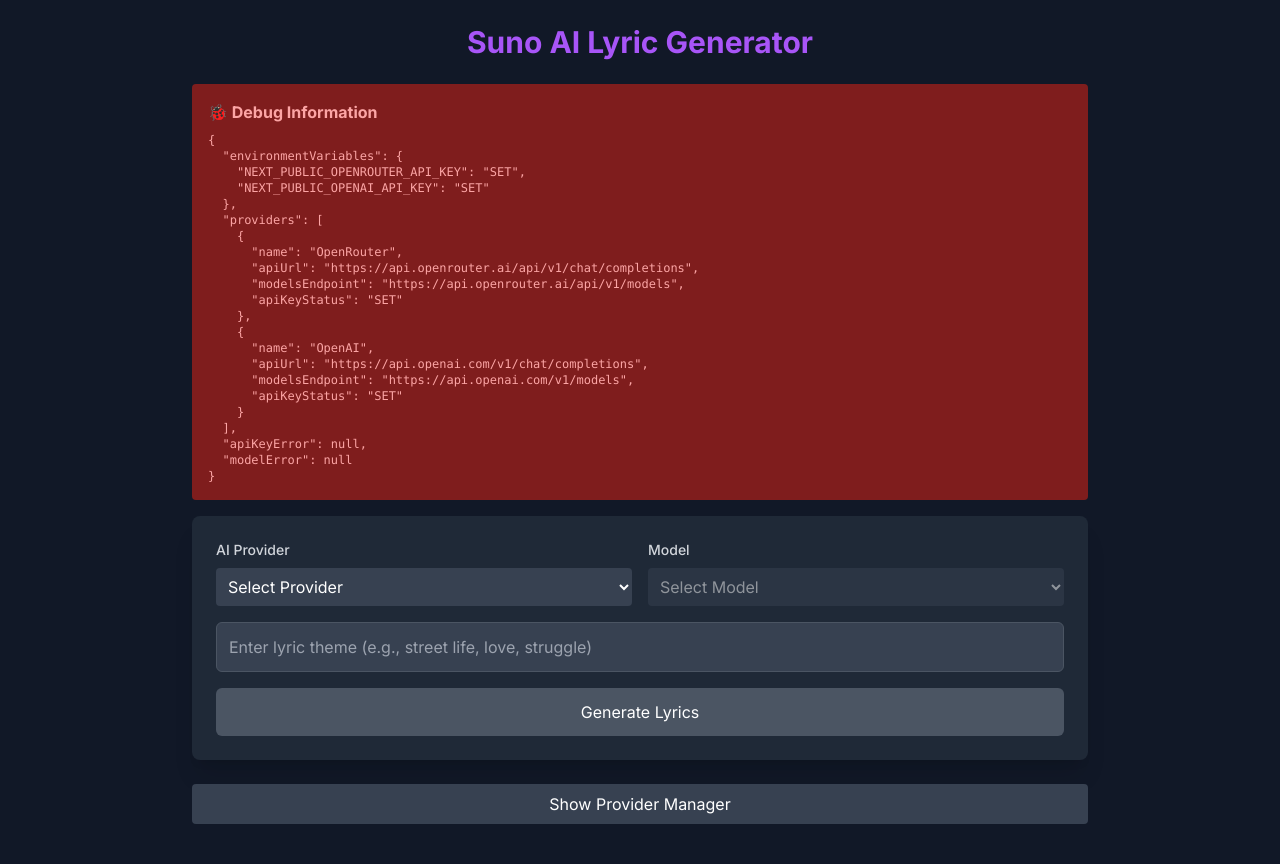
Repository: rustyorb/suno-ai-lyric-generator
Page: /
These files come from the project's save history. The page is drawn as it stood at one moment and after the next save; the edit follows.
The browser window is 1280 px wide. The pictures show the whole page.
The project was rebuilt for these pictures with package versions that can differ from the ones it lists, and the page was loaded fresh each time. The framework's server and built-in components were replaced by stand-ins that run in the browser. Also part of the build but not shown: next.config.js, src/app/components/ProviderManager.tsx.

Above is the page before, as saved 2025-01-15 07:40:47.

After the next save:
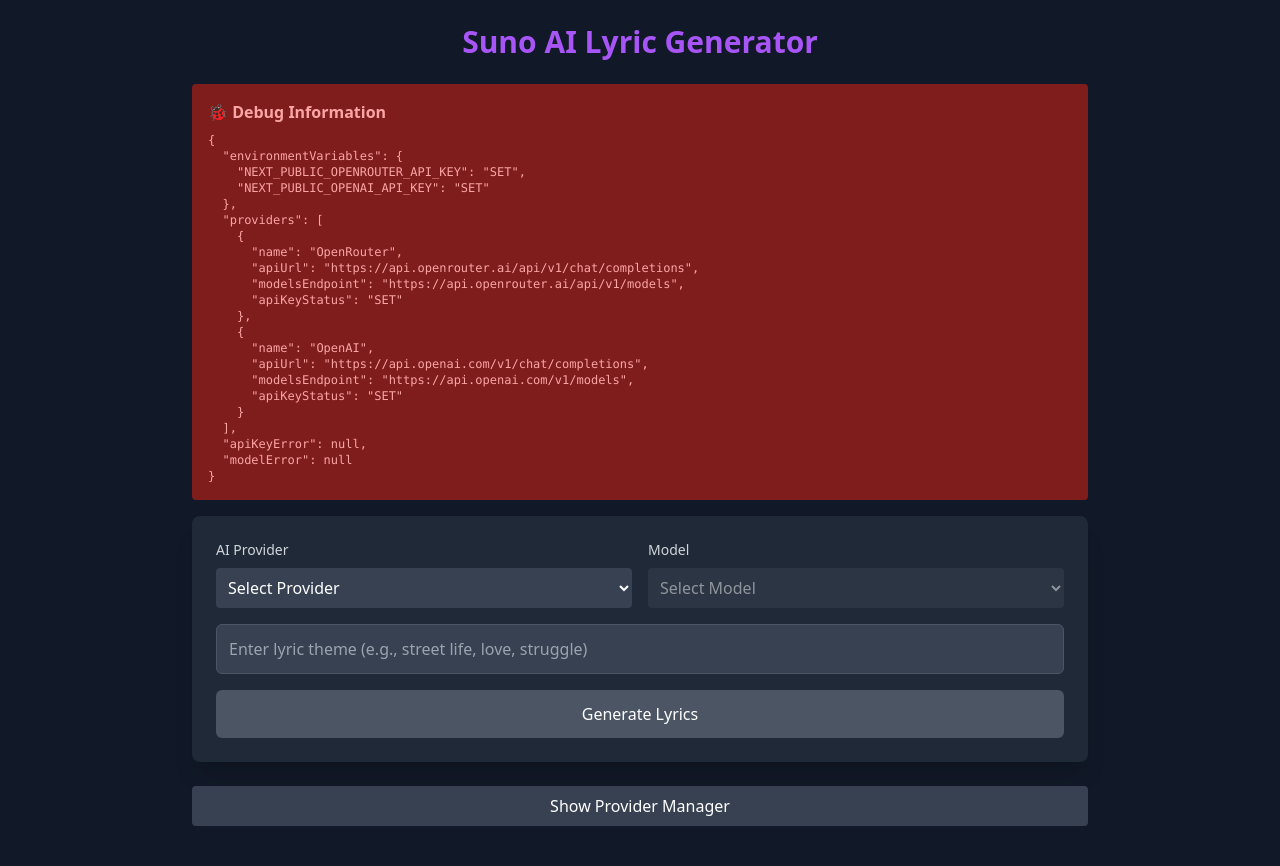
Saved 11 s later.
--- a/src/app/layout.tsx
+++ b/src/app/layout.tsx
@@ -1,22 +1,33 @@
-import type { Metadata } from 'next'
-import { Inter } from 'next/font/google'
-import './globals.css'
+import "./globals.css";
 
-const inter = Inter({ subsets: ['latin'] })
-
-export const metadata: Metadata = {
-  title: 'Suno AI Lyric Generator',
-  description: 'Generate hip-hop lyrics with AI',
-}
+export const metadata = {
+  title: "Suno AI Lyric Generator",
+  description: "Generate song lyrics using AI",
+};
 
 export default function RootLayout({
   children,
 }: {
-  children: React.ReactNode
+  children: React.ReactNode;
 }) {
+  // Pass environment variables to client components
+  const env = {
+    NEXT_PUBLIC_OPENROUTER_API_KEY: process.env.NEXT_PUBLIC_OPENROUTER_API_KEY,
+    NEXT_PUBLIC_OPENAI_API_KEY: process.env.NEXT_PUBLIC_OPENAI_API_KEY,
+  };
+
   return (
     <html lang="en">
-      <body className={`${inter.className} bg-gray-900 text-white`}>{children}</body>
+      <body>
+        {/* Add env prop to a script tag that client components can access */}
+        <script
+          id="env-script"
+          dangerouslySetInnerHTML={{
+            __html: `window.ENV = ${JSON.stringify(env)}`,
+          }}
+        />
+        {children}
+      </body>
     </html>
-  )
+  );
 }
